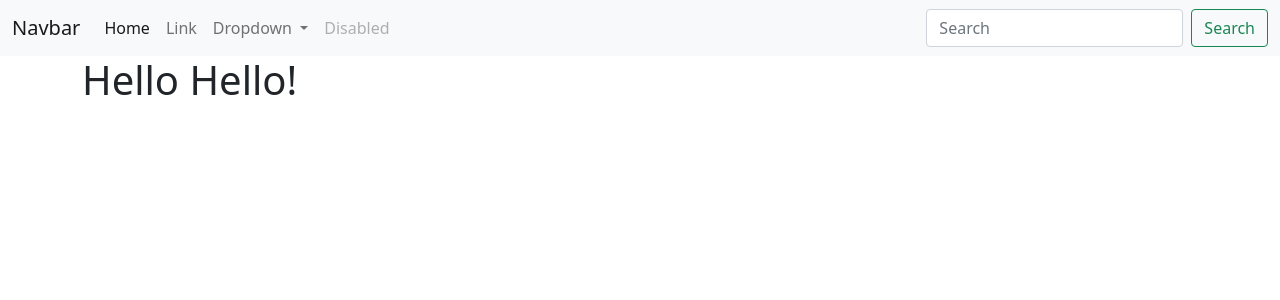
Repository: MuzhdaEhsan/WEBD6201-W2021-ICE1
Page: Week1/index.html
These files come from the project's save history. The page is drawn as it stood at one moment and after the next save; the edit follows.
The browser window is 1280 px wide. The pictures show the whole page.

Above is the page before, as saved 2021-01-20 02:06:39.
Console error: ReferenceError: index is not defined

After the next save:
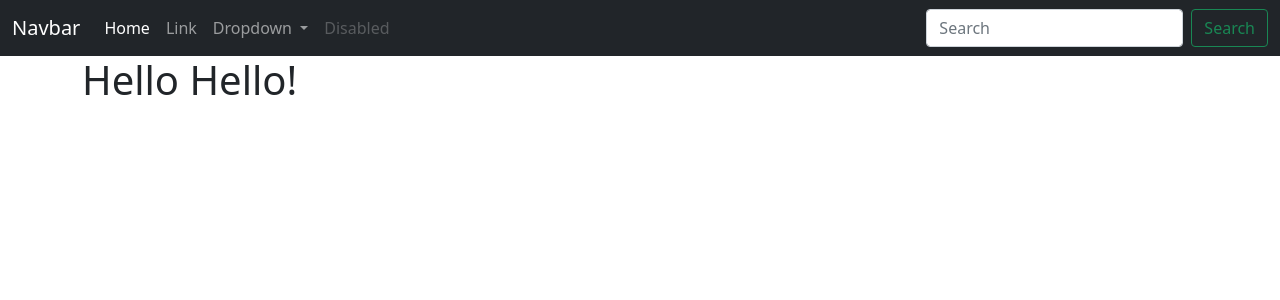
Saved 74 s later.
--- a/Week1/index.html
+++ b/Week1/index.html
@@ -17,7 +17,7 @@
 
 <body>
 
-    <nav class="navbar navbar-expand-lg navbar-light bg-light">
+    <nav class="navbar navbar-expand-lg navbar-dark bg-dark">
         <div class="container-fluid">
           <a class="navbar-brand" href="#">Navbar</a>
           <button class="navbar-toggler" type="button" data-bs-toggle="collapse" data-bs-target="#navbarSupportedContent" aria-controls="navbarSupportedContent" aria-expanded="false" aria-label="Toggle navigation">
